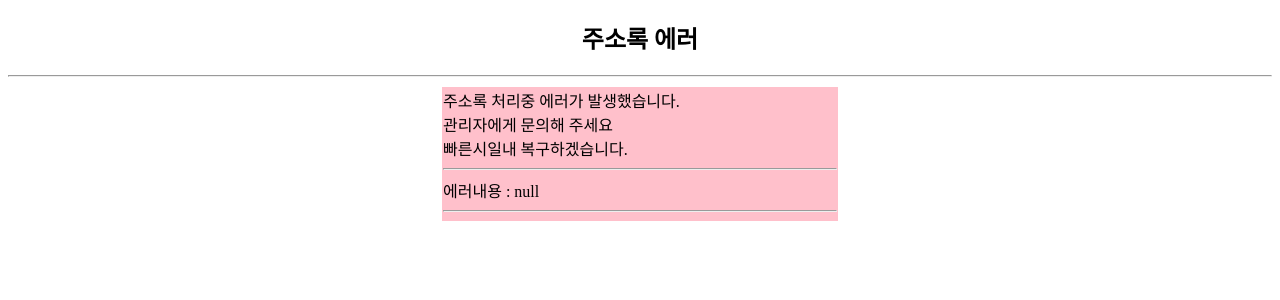
Repository: BeigeBear/TEST
Page: http://localhost/Addrbook/WebContents/addrbook_error.jsp
The author's editor kept a copy of each file at every save. The page is drawn from the files as they stood at one save, then again after the next save.
The browser window is 1280 px wide. The pictures show the whole page.
The page is served by Tomcat 9. Other server files are loaded and not shown.

Above is the page before, as saved 2022-12-06 01:25:16.

### Addrbook/WebContents/addrbook_error.jsp
<%@ page language="java" contentType="text/html; charset=utf-8"
    pageEncoding="utf-8" isErrorPage="true" %>
<!DOCTYPE html>
<html>

<head>
	<meta charset="utf-8">
	<title>에러 페이지</title>
</head>

<body>
<div align="center">
	<h2>주소록 에러</h2>
	<hr>

	<table stypadding = 5 width=400>
		<tr width = 100% bgcolor = "pink">
			<td>
			주소록 처리중 에러가 발생했습니다. <br>
			관리자에게 문의해 주세요 <br>
			빠른시일내 복구하겠습니다.
			<HR>
			에러내용 : <%=exception %>
			<hr>
			</td>
		</tr>
	</table>
</div>
</body>

</html>

After the next save:
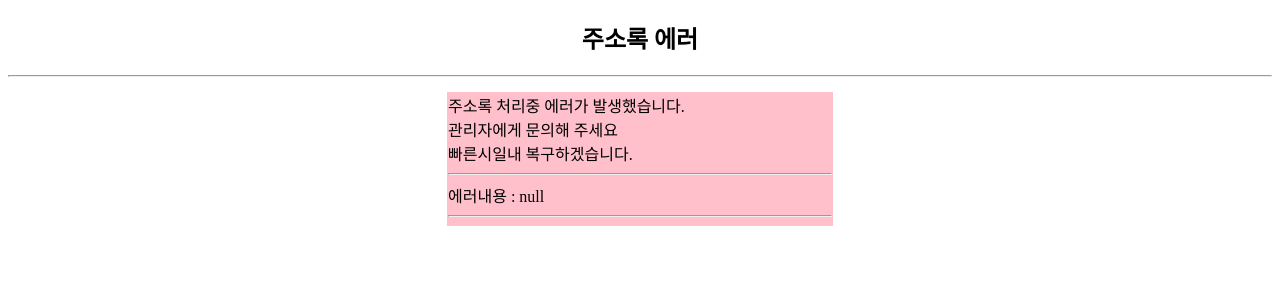
Saved 113 s later.
--- a/Addrbook/WebContents/addrbook_error.jsp
+++ b/Addrbook/WebContents/addrbook_error.jsp
@@ -13,8 +13,8 @@
 	<h2>주소록 에러</h2>
 	<hr>
 
-	<table stypadding = 5 width=400>
-		<tr width = 100% bgcolor = "pink">
+	<table style = "padding: 5px; width: 400px; ">
+		<tr style = "background-color: pink;" >
 			<td>
 			주소록 처리중 에러가 발생했습니다. <br>
 			관리자에게 문의해 주세요 <br>
